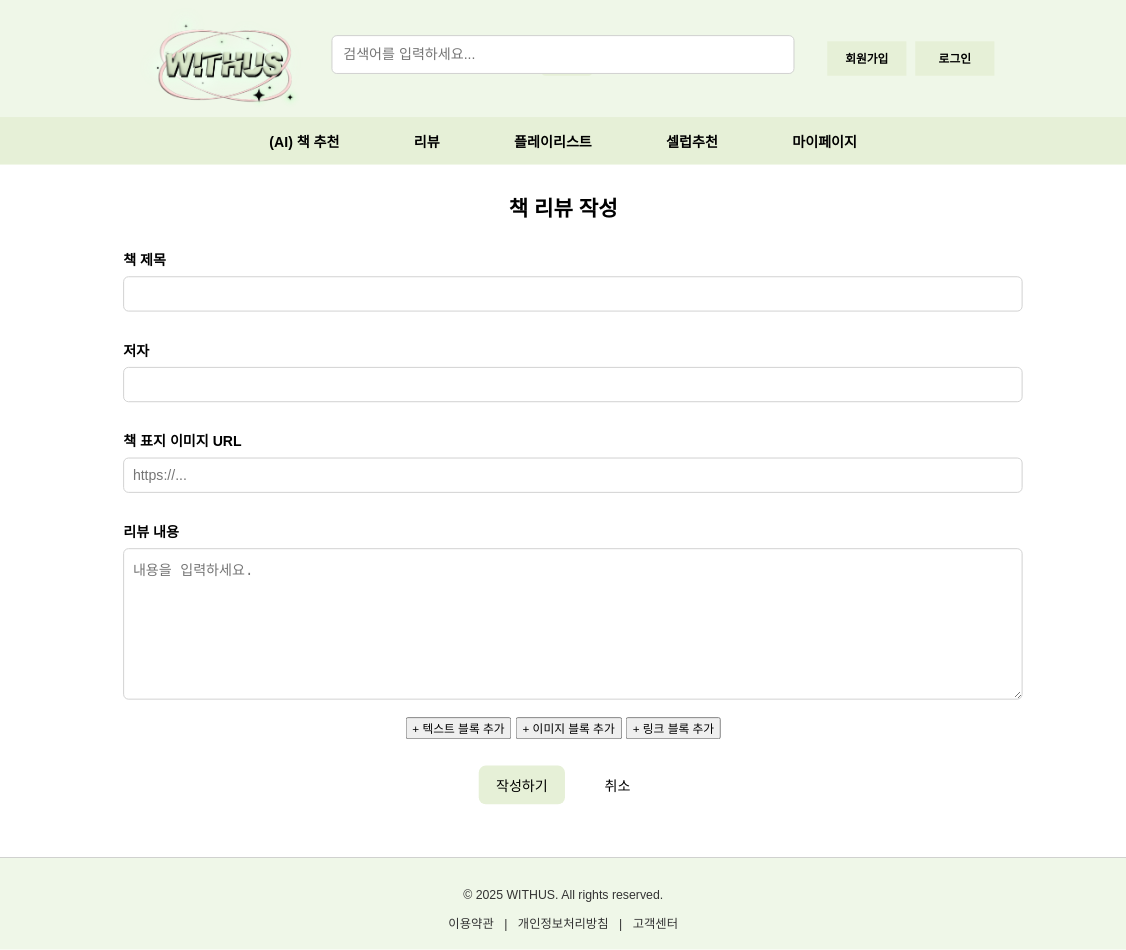
Repository: book-recommendation-team/book_recommendation_web_project
Page: http://localhost/2025_teamproject/reviewForm.jsp
An editor plug-in stored every save of this project. The page is shown before and after the next save, followed by the edit.
The browser window is 1280 px wide. The pictures show the whole page, at 88% of full size.
The page is served by Tomcat 9.

Above is the page before, as saved 2025-07-03 03:48:35.

After the next save:
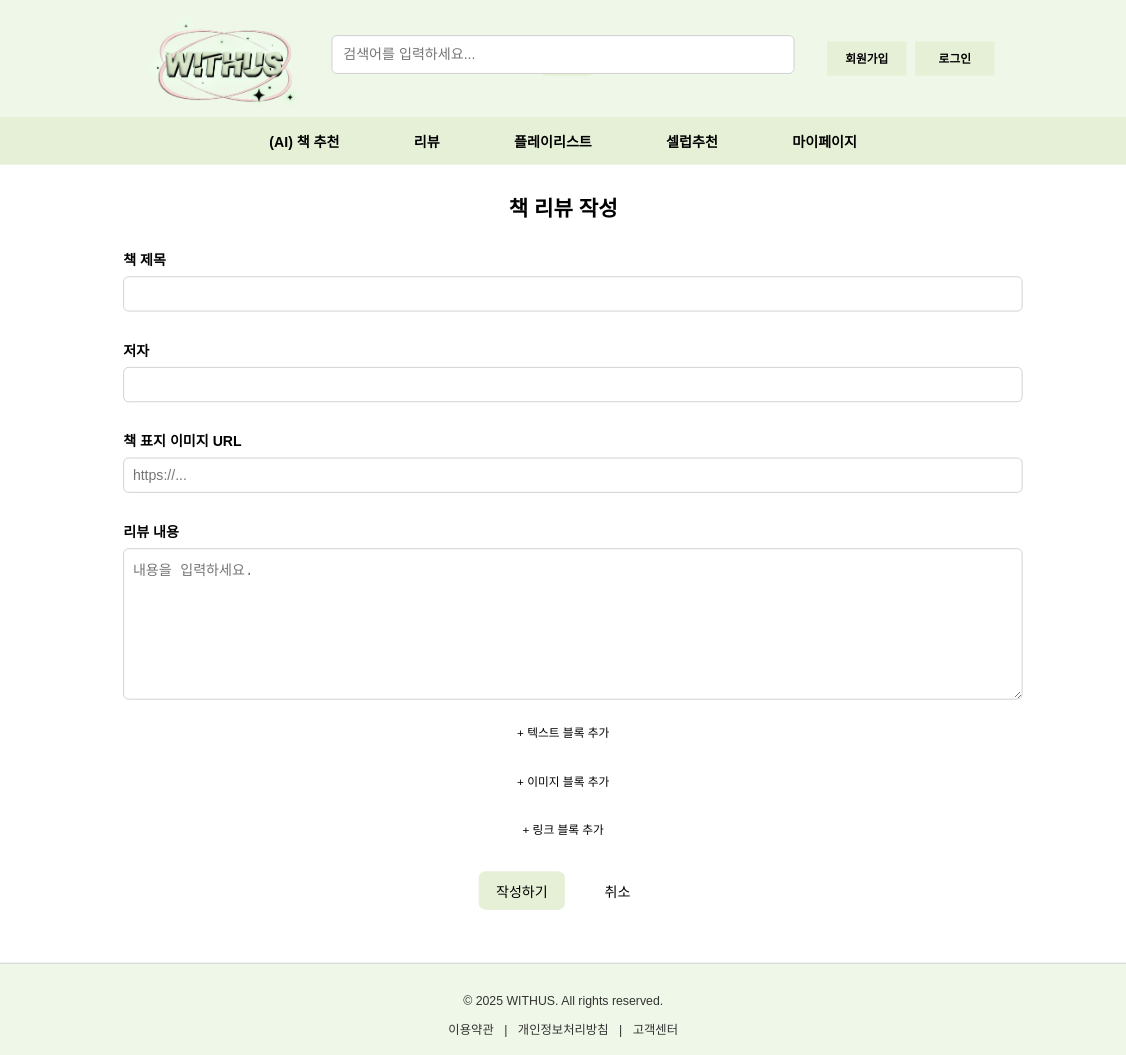
Saved 84 s later.
--- a/2025_teamproject/src/main/webapp/reviewForm.jsp
+++ b/2025_teamproject/src/main/webapp/reviewForm.jsp
@@ -70,6 +70,16 @@ textarea {
 .button-cancel {
 	background-color: #fff;
 	color: black;
+}
+.add-block-btn {
+	display: block;
+	margin: 0 auto 20px;
+	padding: 8px 16px;
+	border-radius: 6px;
+	background-color: #fff;
+	color: black;
+	border: none;
+	cursor: pointer;
 }
 </style>
 </head>
